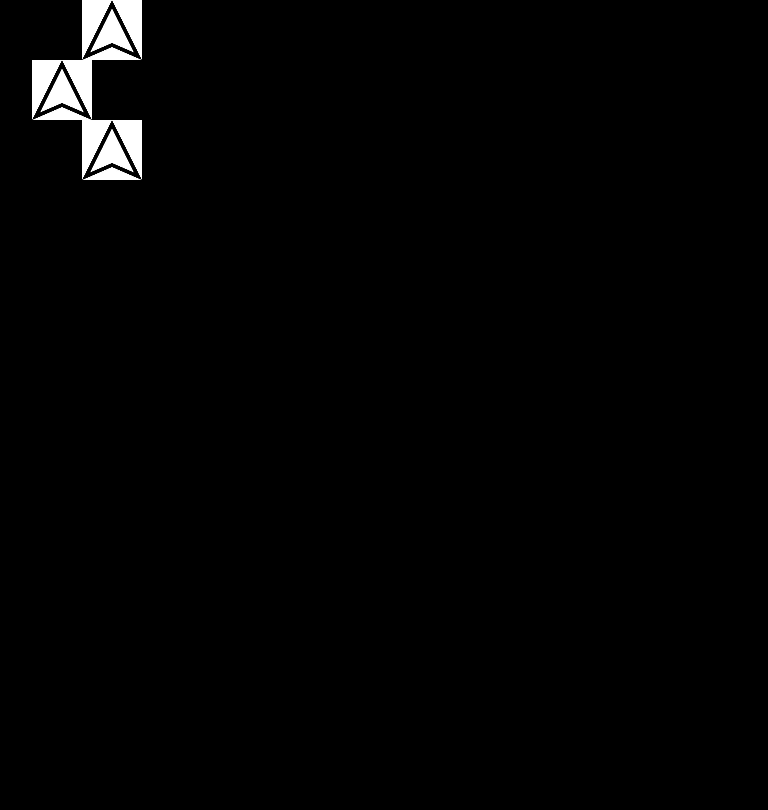
Repository: mintuhouse/AndroidBasedTennisBallCollector_group14_cs308_2012
Layout: android/RemoteTennisBallCollector/res/layout/main.xml
An editor plug-in stored every save of this project. The layout is shown before and after the next save, followed by the edit.
The pictures show rows 470 to 1280 of an output 1280 px tall.
It is drawn on a 768 x 1280 px phone screen (xhdpi) without system bars, with theme android:Theme; the app's code is not run.

Above is the layout before, as saved 2012-04-07 14:03:26.

After the next save:
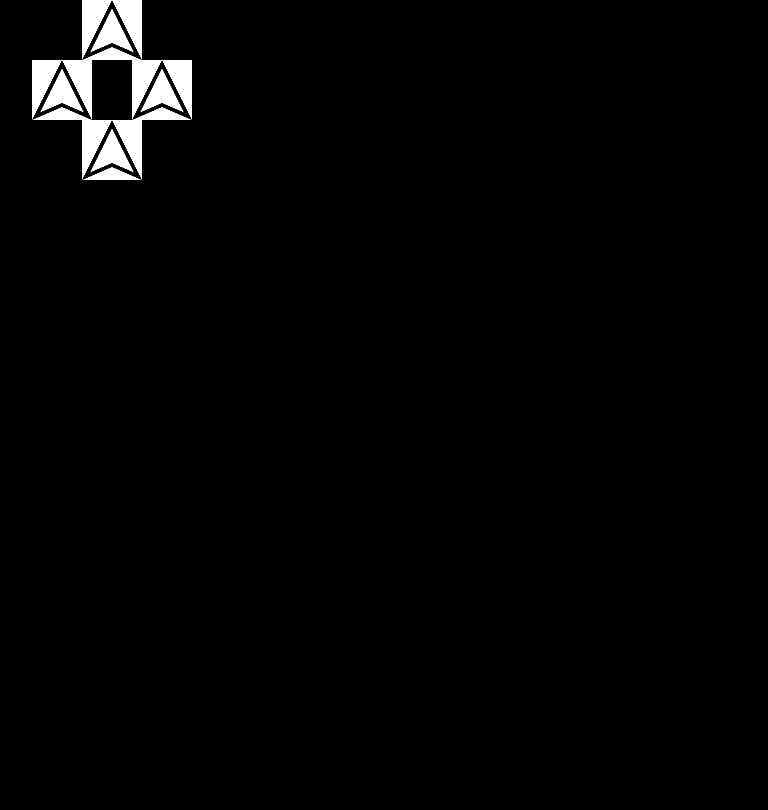
Saved 14 s later.
--- a/android/RemoteTennisBallCollector/res/layout/main.xml
+++ b/android/RemoteTennisBallCollector/res/layout/main.xml
@@ -52,7 +52,7 @@
 	       	   	android:contentDescription="@string/rightarrow"
 	       	 	android:layout_width="30dp"
 	       	 	android:layout_height="30dp"
-	       	 	android:layout_marginLeft="60dp"
+	       	 	android:layout_marginLeft="20dp"
 	       	 	android:background="@drawable/joystick"
 	       	 />
        	</LinearLayout>
